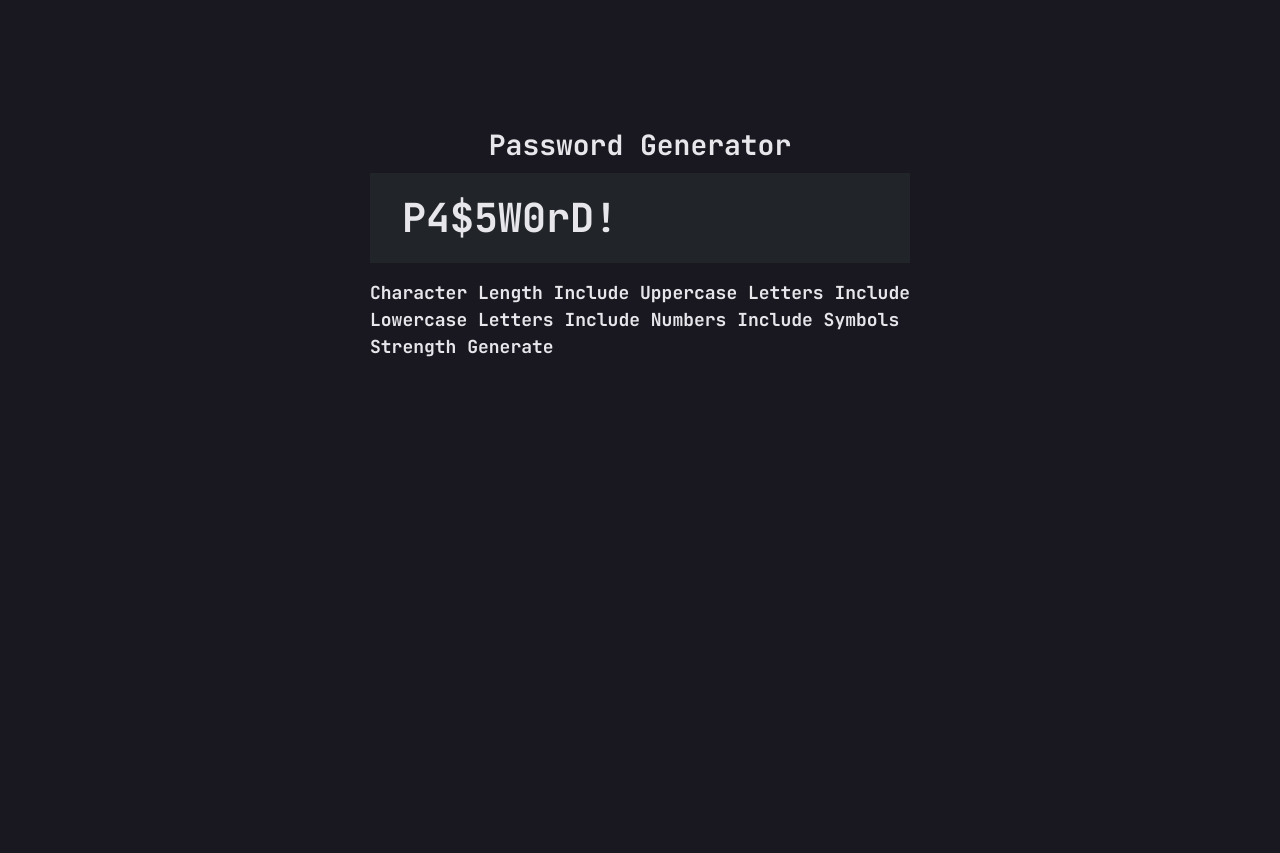
Repository: blordeus/password-generator-app
Page: starter-code/index.html
An editor plug-in stored every save of this project. The page is shown before and after a run of saves, followed by the edit.
The browser window is 1280 px wide. The pictures show the whole page.

Above is the page before, as saved 2023-10-05 20:01:08.

After the next 4 saves:
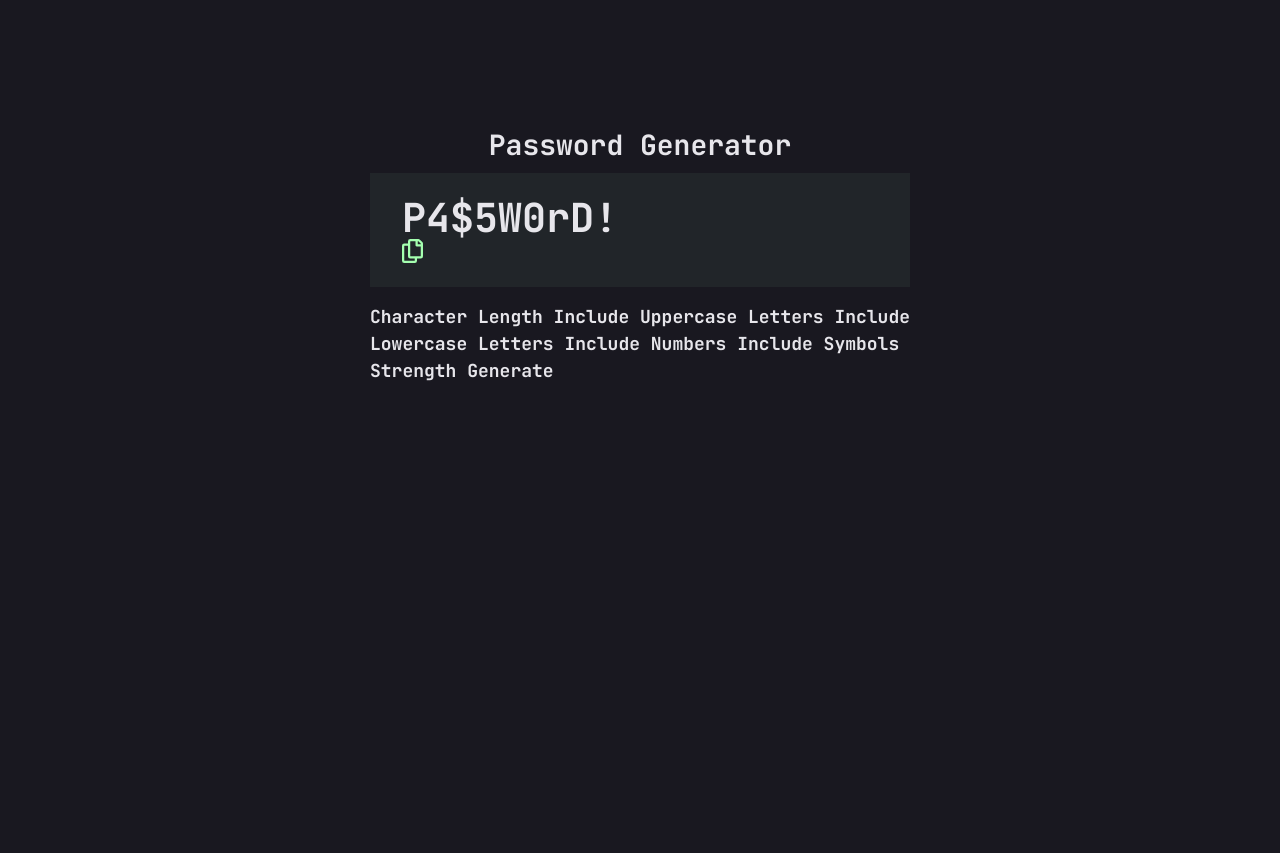
The 4 saves are shown as one change because they came seconds apart.
The last was saved 32 s later.
--- a/starter-code/index.html
+++ b/starter-code/index.html
@@ -19,7 +19,7 @@
       <p id="fieldText" class="fieldText text-grey">P4$5W0rD!</p>
       <div class="copy flex">
         <p id="copyMsg" class="fs-3 uppercase text-green">copied</p>
-
+        <img src="./assets/images/icon-copy.svg" alt="">
       </div>
     </div>
 
